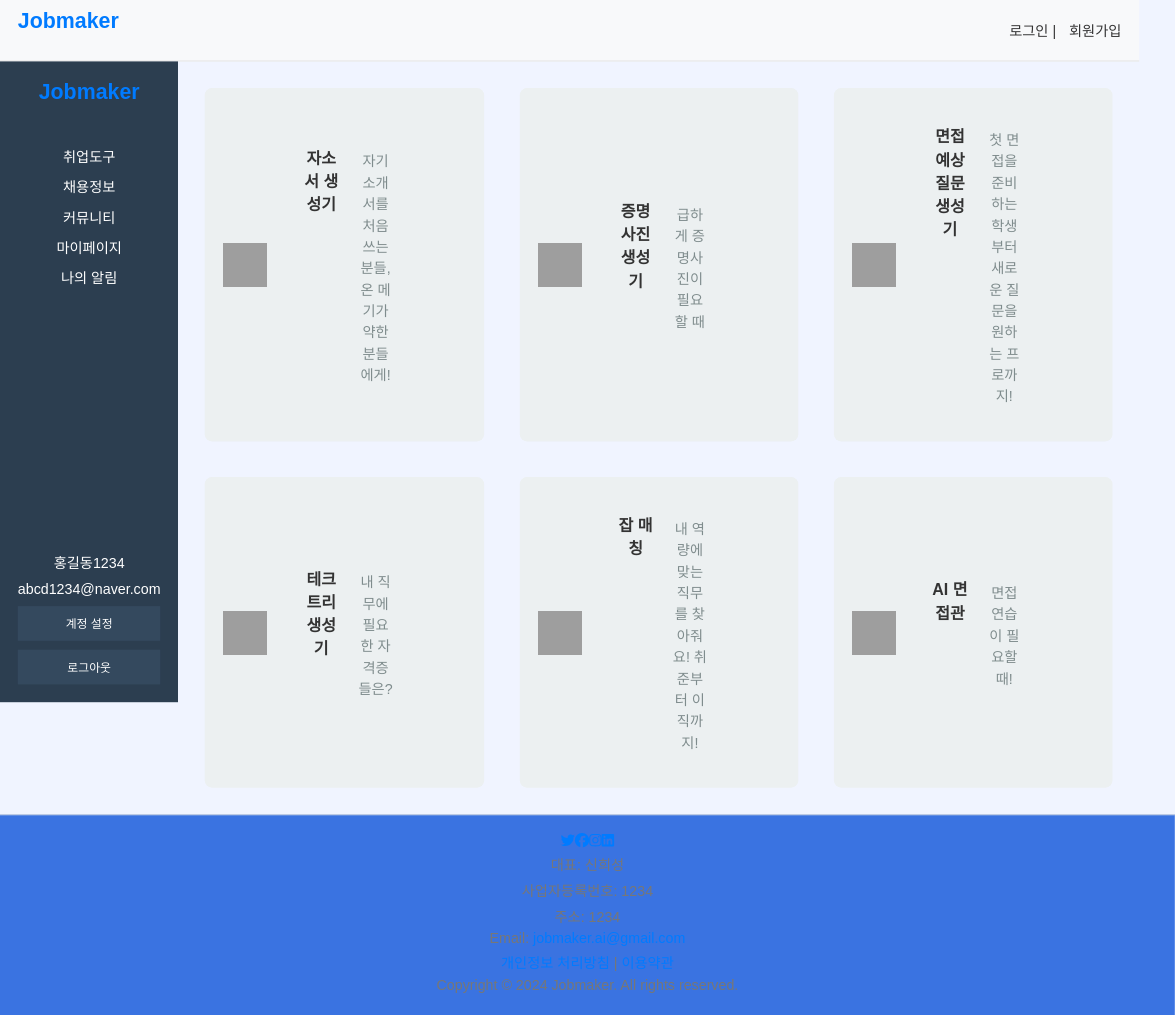
Repository: HSfac/jobmaker
Page: /main
An editor plug-in stored every save of this project. The page is shown before and after a run of saves, followed by the edit.
The browser window is 1280 px wide. The page is 1320 px wide, then 1280 px, so the pictures cover 1320 px, including what lies to the right of the window. The pictures show the whole page, at 89% of full size.
Pictures or frames that could not be fetched are drawn as grey boxes. The project was rebuilt for these pictures with package versions that can differ from the ones it lists, and the page was loaded fresh each time. Also part of the build but not shown: src/pages/LandingPage.jsx.

Above is the page before, as saved 2024-07-10 21:59:11.

After the next 2 saves:
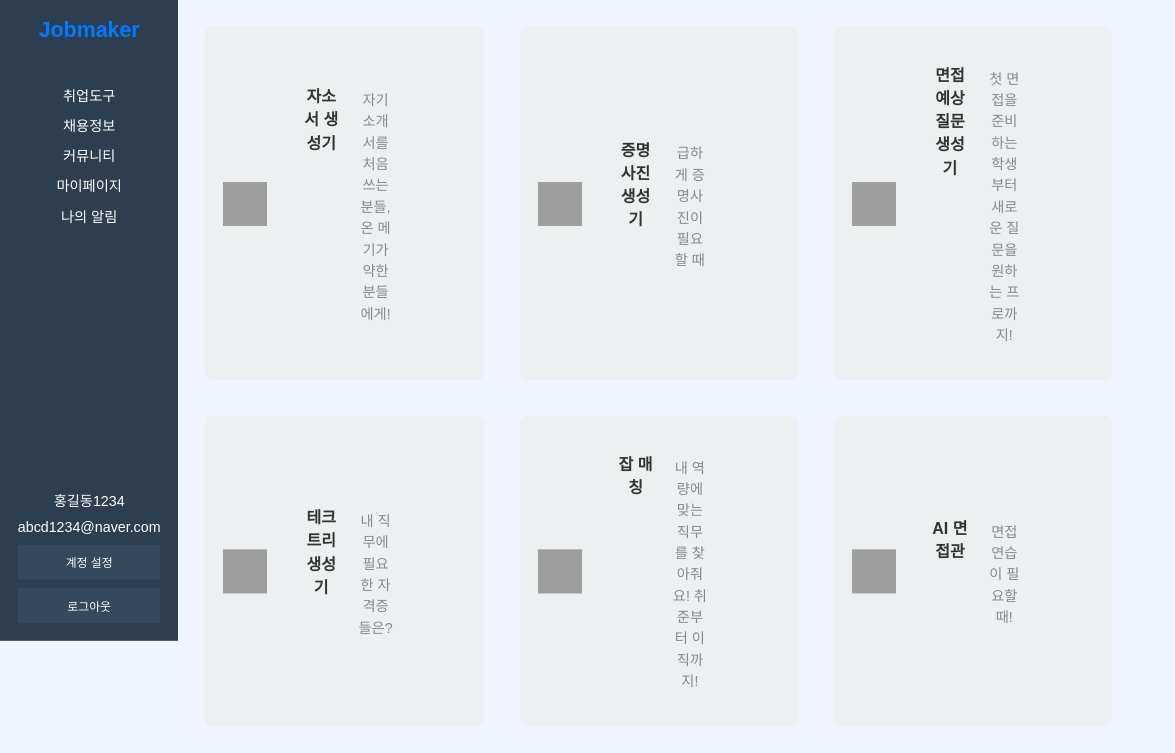
The 2 saves are shown as one change because they came seconds apart.
The last was saved 35 s later.
--- a/src/App.js
+++ b/src/App.js
@@ -10,12 +10,12 @@ function App() {
   return (
     <Router>
       <div className="App">
-        <Header />
+
         <Routes>
           <Route path="/" element={<LandingPage />} />
           <Route path="/main" element={<MainPage />} />
         </Routes>
-        <Footer />
+
       </div>
     </Router>
   );
